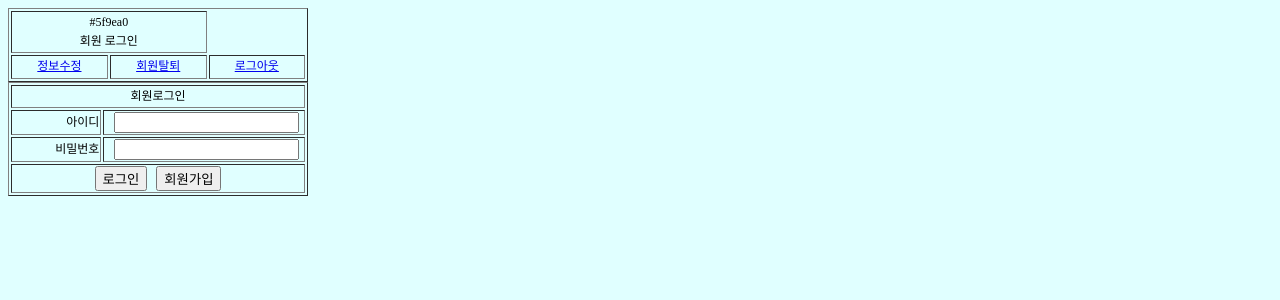
Repository: sunhannn/JSPworkspace
Page: http://localhost/ServletProject/cookie/cookieMemberLogin.jsp
An editor plug-in stored every save of this project. The page is shown before and after the next save, followed by the edit.
The browser window is 1280 px wide. The pictures show the whole page.
The page is served by Tomcat 9. Other server files are loaded and not shown.

Above is the page before, as saved 2022-08-19 06:58:53.

### ServletProject/src/main/webapp/cookie/cookieMemberLogin.jsp
<%@ page language="java" contentType="text/html; charset=UTF-8"
    pageEncoding="UTF-8"%>
    <%@ include file = "color.jsp" %>
<!DOCTYPE html>
<html>
<head>
<meta charset="UTF-8">
<title>쿠키를 활용한 회원인증 프로그램</title>
<link href="style.css" rel="stylesheet type="text/css">
</head>
<body bgcolor="<%=bodyback_c%>">
<form action="cookieMemberLoginOK.jsp" method="post">
<table width="300" border="1">
    <tr>
    <td colspan="2" align="center"><%=title_c%>
    <div align="center">회원 로그인</div></td>

    </tr>

    <tr>
    <td width="100" align="center">
    <a href="modifyForm.jsp">정보수정</a>
     </td>
      <td width="100" align="center">
    <a href="deleteForm.jsp">회원탈퇴</a>
      </td>
      <td width="100" align="center">
    <a href=" logout.jsp">로그아웃</a>
    </td>

    </tr>
</table>


<form action="loginproc.jsp" method="post">
<table width="300" border="1">
<tr>
  <td colspan="2" align="center">회원로그인</td>
</tr>

<tr>
  <td width="100" align="right">아이디</td>
  <td width="200">&nbsp;&nbsp;
    <input type="text" name="id" size="20">
    </td>
</tr>
<tr>
  <td width="100" align="right">비밀번호</td>
  <td width="200">&nbsp;&nbsp;
    <input type="password" name="pass" size="20">
    </td>
</tr>
<tr>
  <td colspan="2" align="center">
    <input type="submit" value="로그인">&nbsp;&nbsp;
    <input type="button" value="회원가입"
    onclick="javascript:window.location='regForm.jsp'">
    </td>
</tr>
</table></form>
</body>
</html>

### ServletProject/src/main/webapp/cookie/color.jsp
<%@ page language="java" contentType="text/html; charset=UTF-8"
    pageEncoding="UTF-8"%>
<!DOCTYPE html>
<%
String bodyback_c ="#e0ffff";
String back_c = "#8fbc8f";
String title_c = "#5f9ea0";
String value_c = "#b0e0e6";
String bar = "#778899";




%>

### ServletProject/src/main/webapp/cookie/style.css
@charset "UTF-8";

BODY{
	font-size: 9pt;
	color: black;
	line-height: 160%;
}

TD{
	font-size: 9pt;
	color: black;
	line-height: 160%;
}

SELECT{
	font-size: 9pt;
	color: black;
	line-height: 160%;
}

DIV {
	font-size: 9pt;
	color: black;
	line-height: 160%;
}

FORM{
	font-size: 9pt;
	color: black;
	line-height: 160%;
}

After the next save:
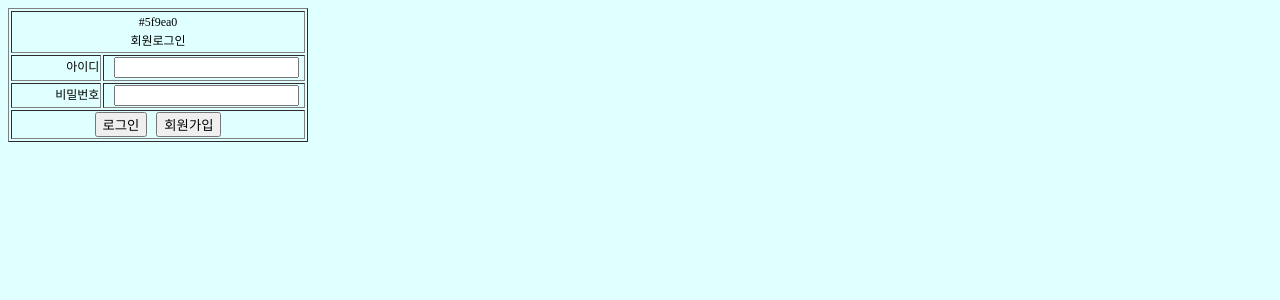
Saved 56 s later.
--- a/ServletProject/src/main/webapp/cookie/cookieMemberLogin.jsp
+++ b/ServletProject/src/main/webapp/cookie/cookieMemberLogin.jsp
@@ -9,33 +9,13 @@
 <link href="style.css" rel="stylesheet type="text/css">
 </head>
 <body bgcolor="<%=bodyback_c%>">
-<form action="cookieMemberLoginOK.jsp" method="post">
-<table width="300" border="1">
-    <tr>
-    <td colspan="2" align="center"><%=title_c%>
-    <div align="center">회원 로그인</div></td>
-
-    </tr>
-
-    <tr>
-    <td width="100" align="center">
-    <a href="modifyForm.jsp">정보수정</a>
-     </td>
-      <td width="100" align="center">
-    <a href="deleteForm.jsp">회원탈퇴</a>
-      </td>
-      <td width="100" align="center">
-    <a href=" logout.jsp">로그아웃</a>
-    </td>
-
-    </tr>
-</table>
 
 
 <form action="loginproc.jsp" method="post">
 <table width="300" border="1">
 <tr>
-  <td colspan="2" align="center">회원로그인</td>
+  <td colspan="2" align="center"><%=title_c%>
+    <div align="center">회원로그인</td>
 </tr>
 
 <tr>
